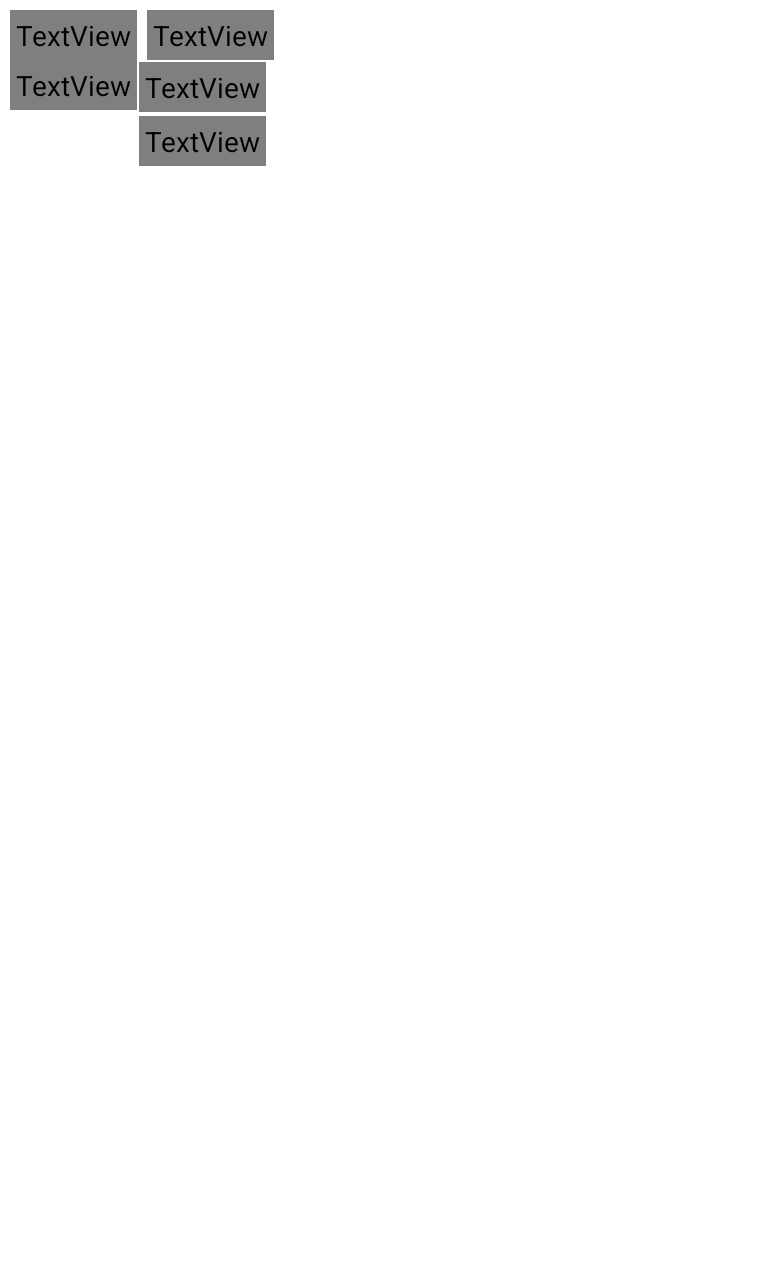
Repository: jascrer/Sistema_de_Inclusiones_IC-ITCR
Layout: ITCR.Inclutec/res/layout/detail_child_row.xml
An editor plug-in stored every save of this project. The layout is shown before and after the next save, followed by the edit.
Pictures or frames that could not be fetched are drawn as grey boxes. It is drawn on a 768 x 1280 px phone screen (xhdpi) without system bars, with theme AppTheme; the app's code is not run. The app's manifest (not shown) leaves right-to-left support off. So textAlignment, textDirection and layoutDirection are ignored, and left and right values win over start and end ones.

Above is the layout before, as saved 2014-01-08 04:18:32.

After the next save:
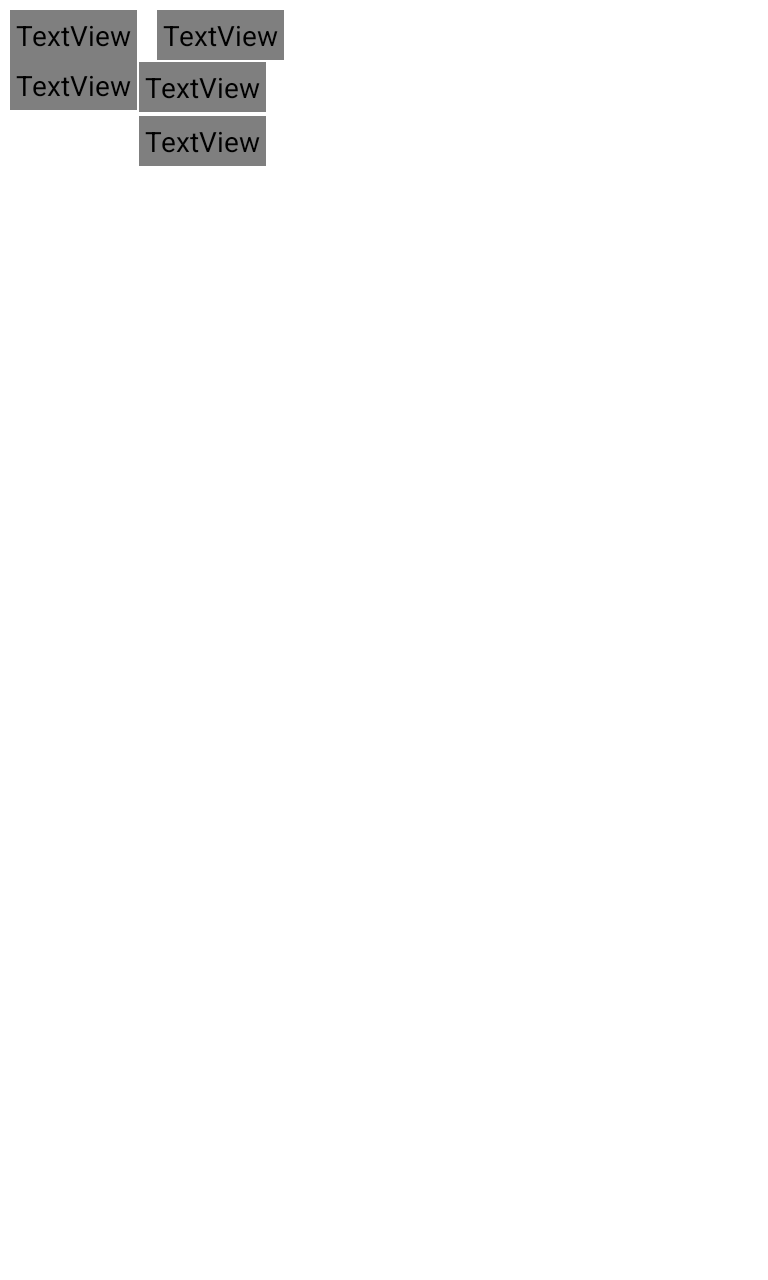
Saved 3 min 0 s later.
--- a/ITCR.Inclutec/res/layout/detail_child_row.xml
+++ b/ITCR.Inclutec/res/layout/detail_child_row.xml
@@ -44,7 +44,7 @@
 	    	android:textStyle="normal"
 	    	android:textColor="#ffffff"
 	    	android:padding="3dip"
-	    	android:layout_marginLeft="5dip"
+	    	android:layout_marginLeft="10dip"
 	        android:fontFamily="droid_serif"
 	    	android:layout_width="wrap_content"
 	    	android:layout_height="wrap_content"
@@ -57,7 +57,7 @@
             android:focusable="false"
 	    	android:textSize="16sp"
 	    	android:padding="3dip"
-	    	android:layout_marginLeft="5dip"
+	    	android:layout_marginLeft="10dip"
 	    	android:textStyle="normal"
 	    	android:textColor="#ffffff"
 	        android:fontFamily="droid_serif"
